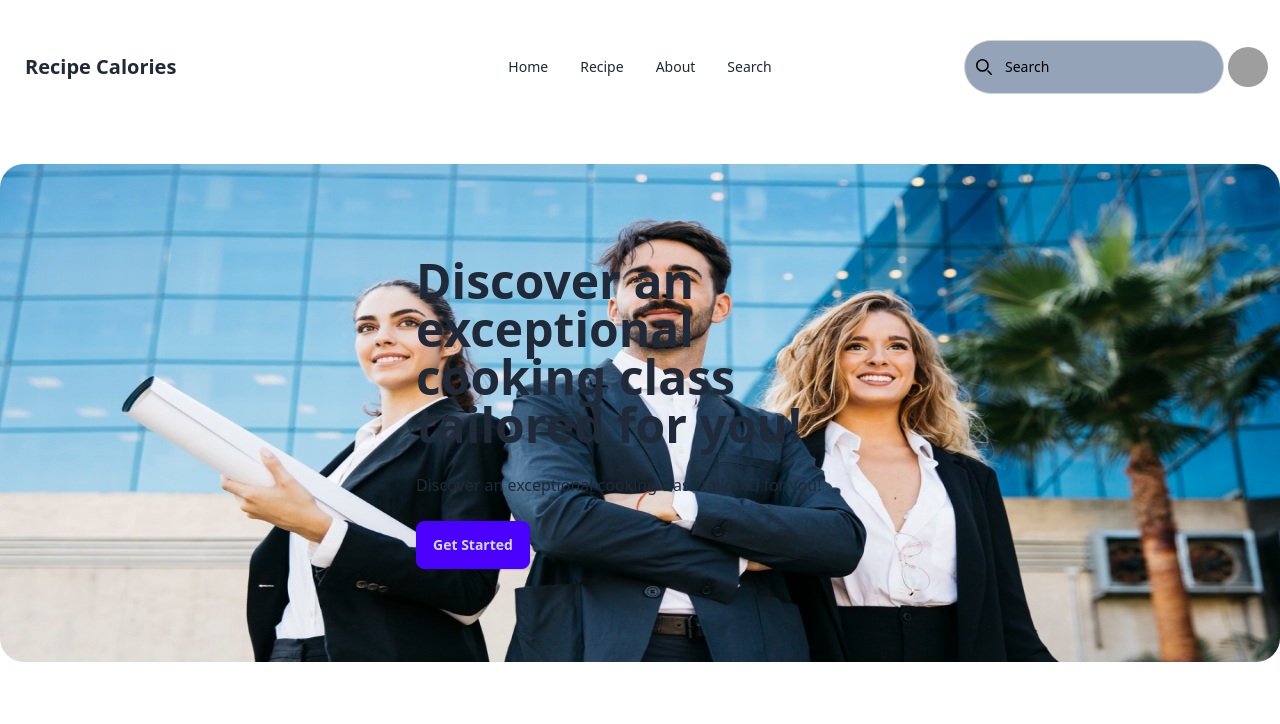
Repository: RudrasahaDibos/Chefs-table
Page: /
An editor plug-in stored every save of this project. The page is shown before and after the next save, followed by the edit.
The browser window is 1280 px wide. The pictures show the whole page.
Pictures or frames that could not be fetched are drawn as grey boxes. The project was rebuilt for these pictures with package versions that can differ from the ones it lists, and the page was loaded fresh each time. Also part of the build but not shown: vite.config.js, src/App.css.

Above is the page before, as saved 2024-12-19 09:48:43.

### src/App.jsx

import './App.css'
import Banner from './Component/Banner/Banner'
import Header from './Component/Header/Header'
import Recipes from './Component/Recipes/Recipes'

function App() {


  return (
    <div className='container mx-auto'>
        <Header></Header>
        <Banner></Banner>
        <Recipes></Recipes>

    </div>
  )
}

export default App

### src/Component/Banner/Banner.jsx
import img from '../Banner/Image/Rectangle 12.png'

const Banner = () => {
    return (
        <div className='max-w-7xl mx-auto '>
            <div className="hero ">
     <img src={img} alt="" className='h-4/5 w-full rounded-3xl' />
  <div className="hero-content ">
    <div className="max-w-md">
      <h1 className="text-5xl font-bold">Discover an exceptional cooking class tailored for you!</h1>
      <p className="py-6">
      Discover an exceptional cooking class tailored for you!
      </p>
      <button className="btn btn-primary">Get Started</button>
    </div>
  </div>
</div>
        </div>
    );
};

export default Banner;

### src/Component/Header/Header.jsx

const Header = () => {
    return (
        <div className="max-w-7xl mx-auto mt-8">
              <div className="navbar bg-base-100">
  <div className="navbar-start">
    <div className="dropdown">
      <div tabIndex="0" role="button" className="btn btn-ghost lg:hidden">
        <svg
          xmlns="http://www.w3.org/2000/svg"
          className="h-5 w-5"
          fill="none"
          viewBox="0 0 24 24"
          stroke="currentColor">
          <path
            strokeLinecap="round"
            strokeLinejoin="round"
            strokeWidth="2"
            d="M4 6h16M4 12h8m-8 6h16" />
        </svg>
      </div>
      <ul
        tabIndex="0"
        className="menu menu-sm dropdown-content bg-base-100 rounded-box z-[1] mt-3 w-52 p-2 shadow">
        <li><a>Home</a></li>
      <li><a>Recipe</a></li>
      <li><a>About</a></li>
      <li><a>Search</a></li>
      </ul>
    </div>
    <a className="btn btn-ghost text-xl font-bold">Recipe Calories</a>
  </div>
  <div className="navbar-center hidden lg:flex">
    <ul className="menu menu-horizontal px-1">
      <li><a>Home</a></li>
      <li><a>Recipe</a></li>
      <li><a>About</a></li>
      <li><a>Search</a></li>
    </ul>
  </div>
  <div className="navbar-end ">
  <div className="form-control ">


<form className="max-w-md mx-auto">
    <div className="relative">
        <div className="absolute inset-y-0 start-0 flex items-center ps-3 pointer-events-none">
            <svg className="w-4 h-4 text-black dark:text-gray-400" aria-hidden="true" xmlns="http://www.w3.org/2000/svg" fill="none" viewBox="0 0 20 20">
                <path stroke="currentColor" strokeLinecap="round" strokeLinejoin="round" strokeWidth="2" d="m19 19-4-4m0-7A7 7 0 1 1 1 8a7 7 0 0 1 14 0Z"/>
            </svg>
        </div>
        <input type="search" id="default-search" className="block w-full p-4 ps-10 text-sm text-black border border-gray-300  bg-slate-400 focus:ring-blue-500 rounded-full focus:border-blue-500 dark:bg-gray-700 dark:border-gray-600 placeholder-black dark:text-white dark:focus:ring-blue-500 dark:focus:border-blue-500" placeholder="Search " required />

    </div>
</form>


    </div>
    <div tabIndex="0" role="button" className="btn btn-ghost btn-circle avatar">
        <div className="w-10 rounded-full">
          <img
            alt="Tailwind CSS Navbar component"
            src="https://img.daisyui.com/images/stock/photo-1534528741775-53994a69daeb.webp" />
        </div>
      </div>
  </div>
</div>
        </div>
    );
};

export default Header;

### src/Component/Recipes/Recipes.jsx
import React from 'react';

const Recipes = () => {
    return (
        <div>

        </div>
    );
};

export default Recipes;

Loaded but not shown: index.html (common file); src/main.jsx (common file); src/index.css (common file); tailwind.config.js (common file)

After the next save:
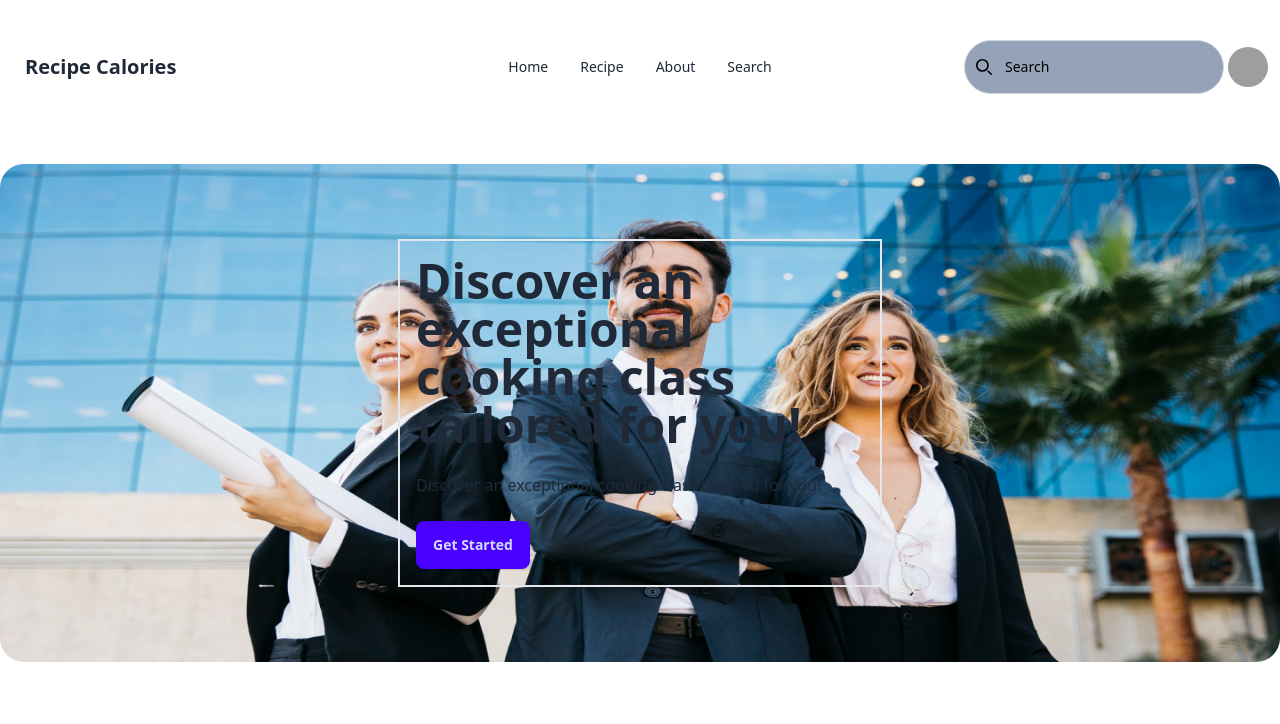
Saved 12 s later.
--- a/src/Component/Banner/Banner.jsx
+++ b/src/Component/Banner/Banner.jsx
@@ -5,7 +5,7 @@ const Banner = () => {
         <div className='max-w-7xl mx-auto '>
             <div className="hero ">
      <img src={img} alt="" className='h-4/5 w-full rounded-3xl' />
-  <div className="hero-content ">
+  <div className="hero-content border-2 ">
     <div className="max-w-md">
       <h1 className="text-5xl font-bold">Discover an exceptional cooking class tailored for you!</h1>
       <p className="py-6">
